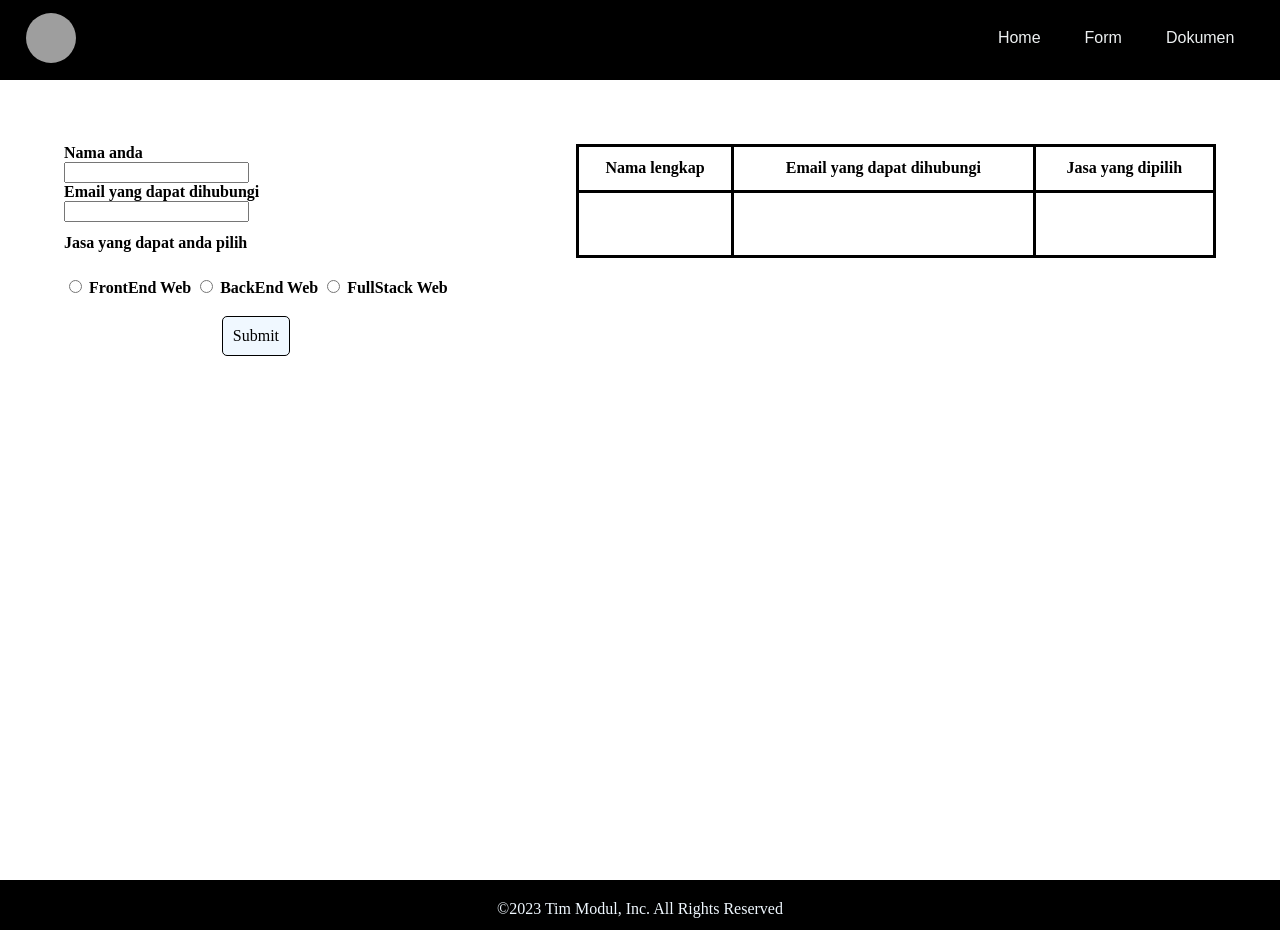
Repository: zecht12/TimModul
Page: TimModul.html
The author's editor kept a copy of each file at every save. The page is drawn from the files as they stood at one save, then again after a run of saves.
The browser window is 1280 px wide. The pictures show the whole page.
Pictures or frames that could not be fetched are drawn as grey boxes.

Above is the page before, as saved 2023-03-14 13:54:54.

After the next 2 saves:
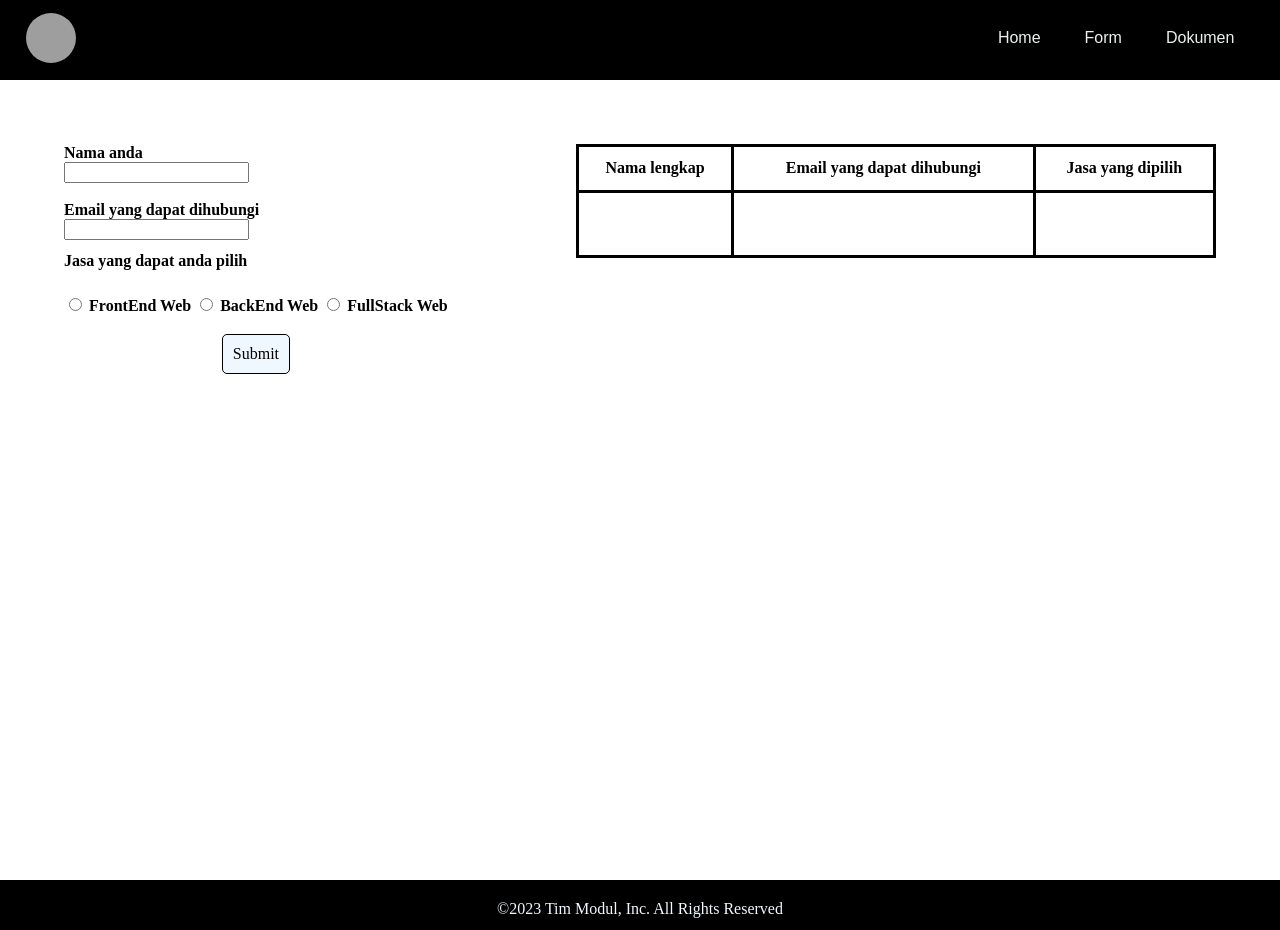
The 2 saves are shown as one change because they came seconds apart.
The last was saved 5 s later.
--- a/TimModul.html
+++ b/TimModul.html
@@ -21,7 +21,7 @@
     <div class="forms">
         <form>
             <label for="Nama" class="Labelnama">Nama anda</label><br>
-            <input type="text" id="Nama" name="Nama" class="Nama"><br>
+            <input type="text" id="Nama" name="Nama" class="Nama"><br><br>
 
             <label for="Email" class="Labelemail">Email yang dapat dihubungi</label><br>
             <input type="text" id="Email" name="Email" class="Email"><br>
